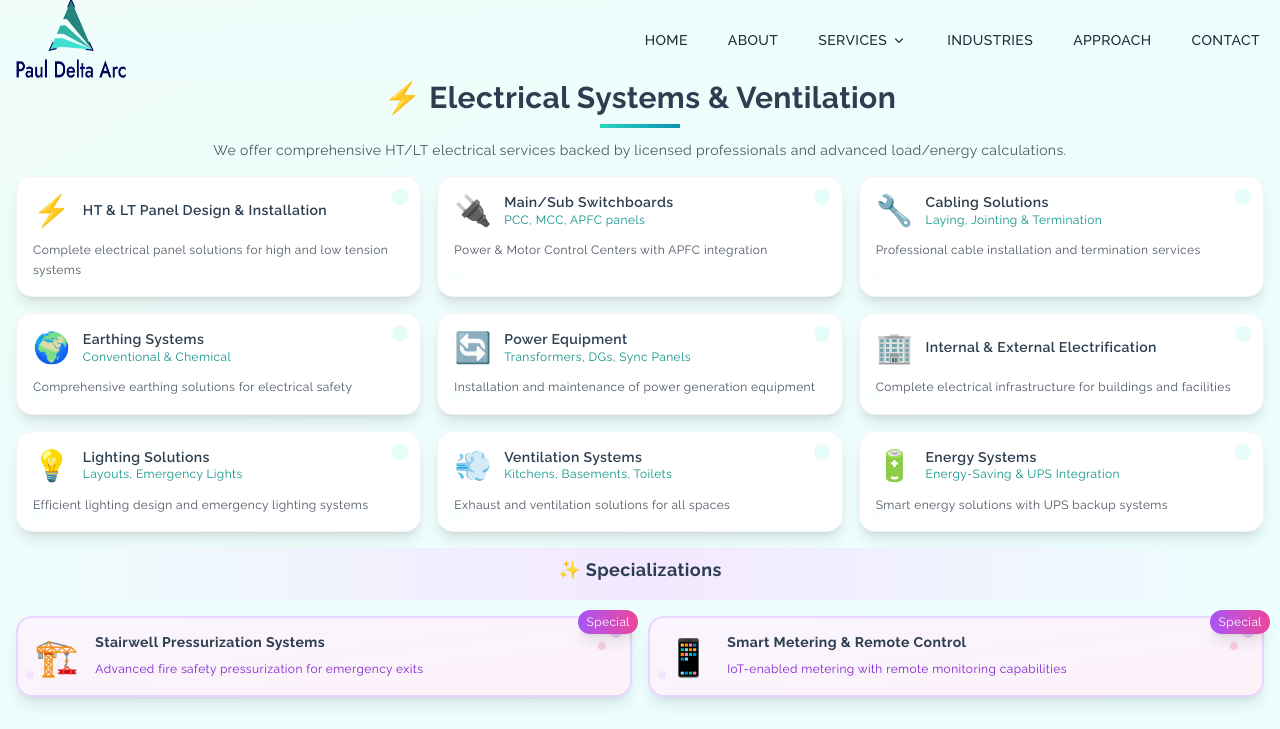
Repository: AnupriyaBiswas/PaulDeltaArc
Page: /ElectricalSystemsVentilation
An editor plug-in stored every save of this project. The page is shown before and after the next save, followed by the edit.
The browser window is 1280 px wide. The pictures show the whole page.
The project was rebuilt for these pictures with package versions that can differ from the ones it lists, and the page was loaded fresh each time. The framework's server and built-in components were replaced by stand-ins that run in the browser. Also part of the build but not shown: next.config.js.

Above is the page before, as saved 2025-07-07 19:05:00.

After the next save:
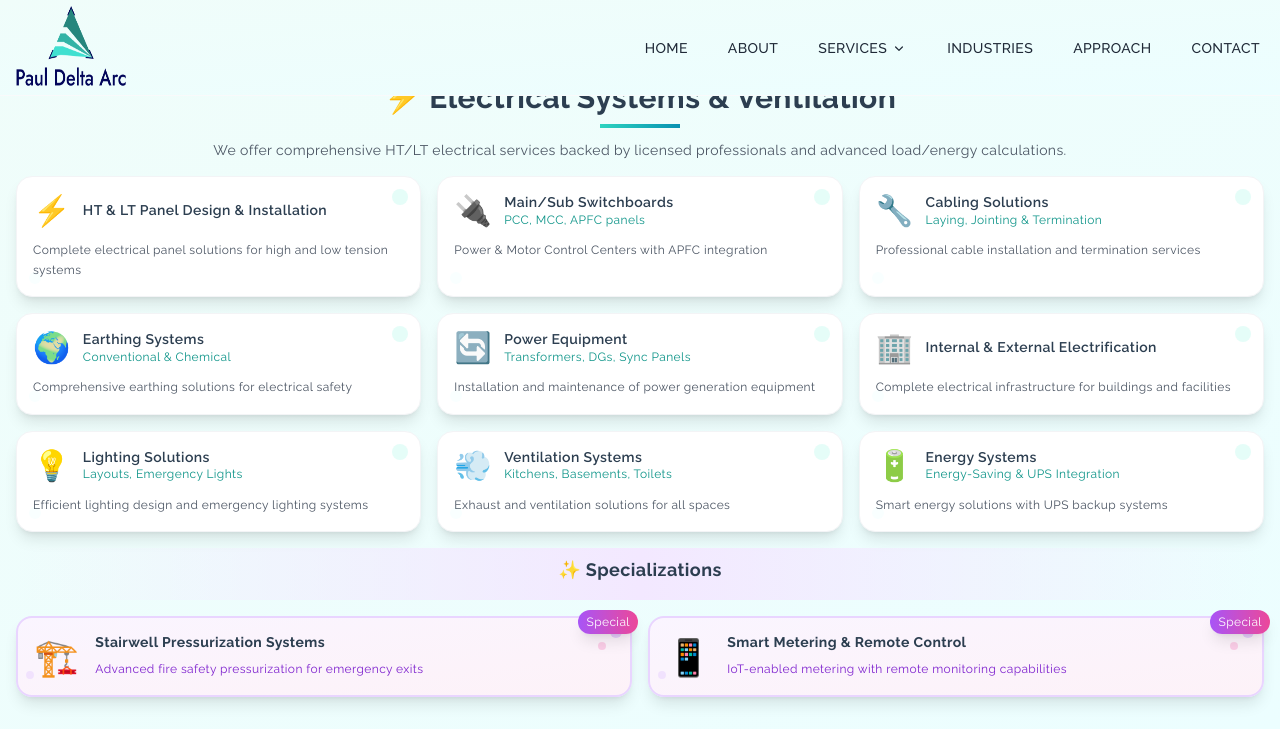
Saved 97 s later.
--- a/components/Navbar.jsx
+++ b/components/Navbar.jsx
@@ -43,8 +43,8 @@ const Navbar = () => {
     <div
       className={
         shadow
-          ? 'fixed w-full h-20 shadow-2xl z-[100] ease-in-out duration-300 bg-gradient-to-br from-teal-50 to-cyan-50 bg-opacity-90 backdrop-blur-sm border-b border-gray-100'
-          : 'fixed w-full h-20 z-[100] bg-gradient-to-br from-teal-50 to-cyan-50 bg-opacity-90 backdrop-blur-sm border-b border-gray-50'
+          ? 'fixed w-full h-15 shadow-2xl z-[100] ease-in-out duration-300 bg-gradient-to-br from-teal-50 to-cyan-50 bg-opacity-90 backdrop-blur-sm border-b border-gray-100'
+          : 'fixed w-full h-15 z-[100] bg-gradient-to-br from-teal-50 to-cyan-50 bg-opacity-90 backdrop-blur-sm border-b border-gray-50'
       }
     >
       <div className='flex justify-between items-center w-full h-full px-4 2xl:px-16'>
